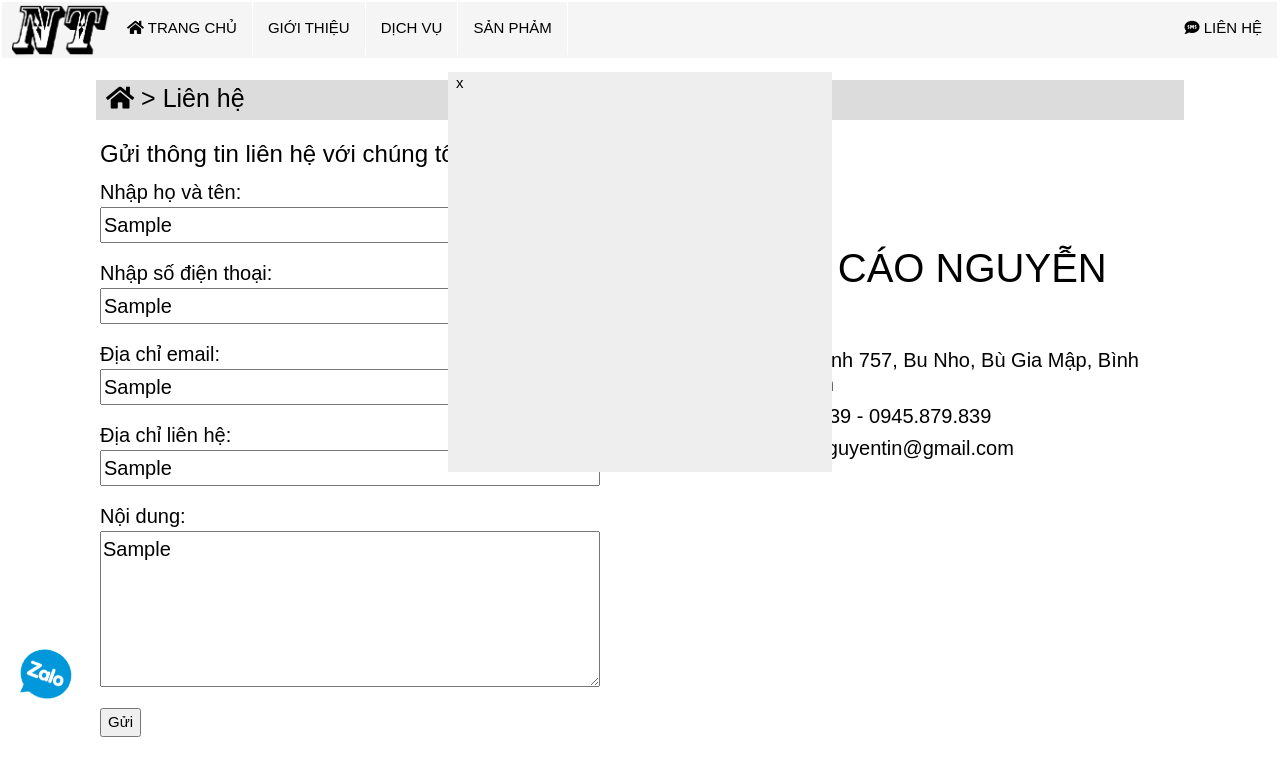
Repository: Haunguyen42193/quangcaonguyentin.github.io
Page: contact.html
These files come from the project's save history. The page is drawn as it stood at one moment and after the next save; the edit follows.
The browser window is 1280 px wide. The pictures show the part of the page from y = 0 to 757 px (the page is 1526 px tall).
Empty fields were first filled with sample values (such as "Sample", 5 or name@example.com).
After loading, the first visible `#submit` was clicked once.
Pictures or frames that could not be fetched are drawn as grey boxes. Some web fonts or font styles are not loaded; a fallback is used. Some web libraries are served in a nearby version.

Above is the page before, as saved 2021-09-17 17:27:58.

After the next save:
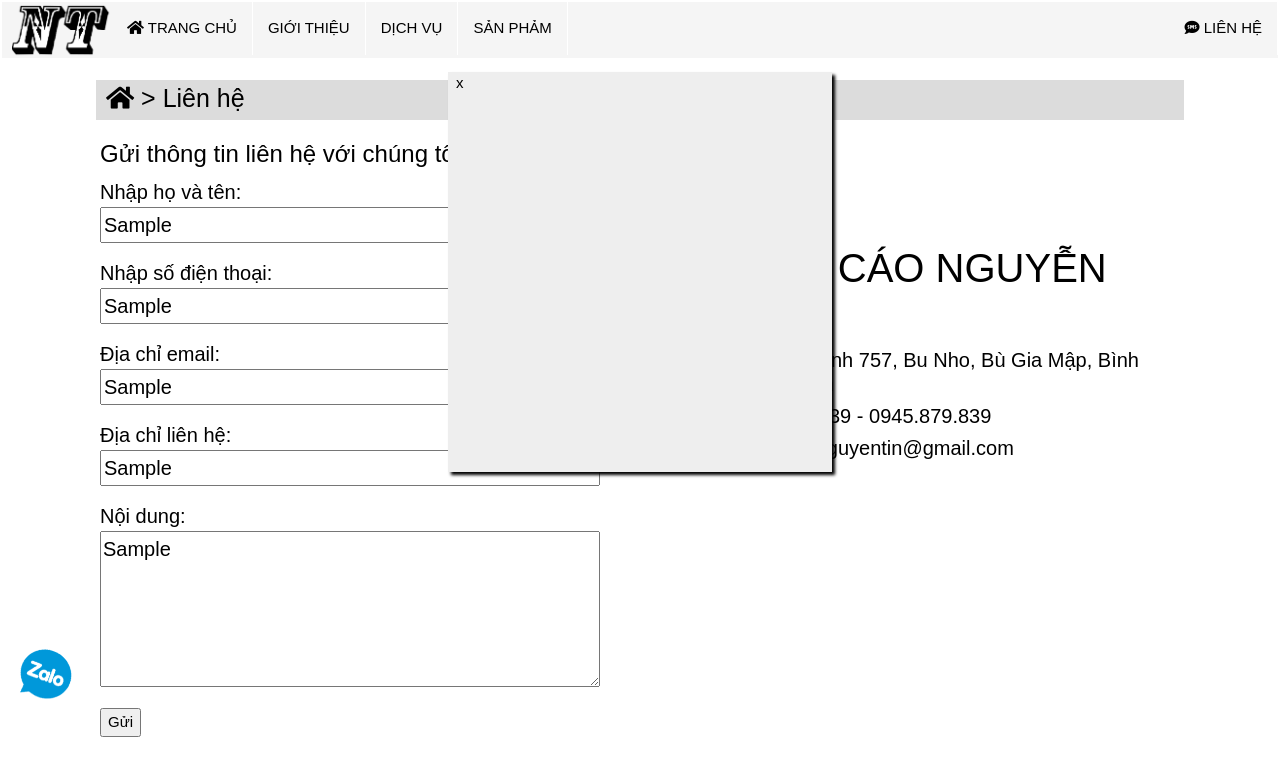
Saved 31 s later.
--- a/CSS/stylecontact.css
+++ b/CSS/stylecontact.css
@@ -269,8 +269,8 @@ a:active{
     background-color: rgb(238, 238, 238);
     z-index: 99;
     top: 10%;
-    left:35%
-
+    left:35%;
+    box-shadow: 3px 3px 3px black;
 }
 .popup a{
     padding: 0 8px 5px;
